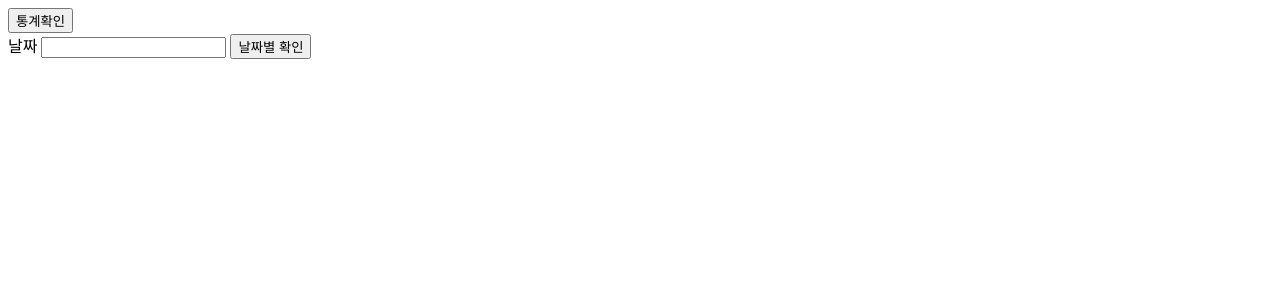
Repository: Hugh-KR/AccountBook
Page: http://localhost/Account_Book/hello.jsp
An editor plug-in stored every save of this project. The page is shown before and after the next save, followed by the edit.
The browser window is 1280 px wide. The pictures show the whole page.
The page is served by Tomcat 9. Nobody is signed in. The application's start-up code is not run.

Above is the page before, as saved 2022-12-02 07:48:08.

After the next save:
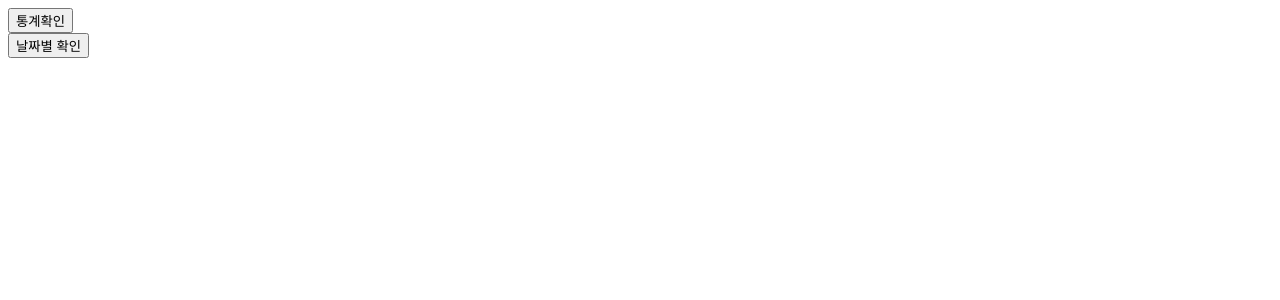
Saved 11 s later.
--- a/Account_Book/src/main/webapp/hello.jsp
+++ b/Account_Book/src/main/webapp/hello.jsp
@@ -12,7 +12,7 @@
 </form>
 
 <form action="daylist">
-날짜 <input type="text" name="paydate">
+
 <button>날짜별 확인</button>
 </form>
 </body>

After the save that followed:
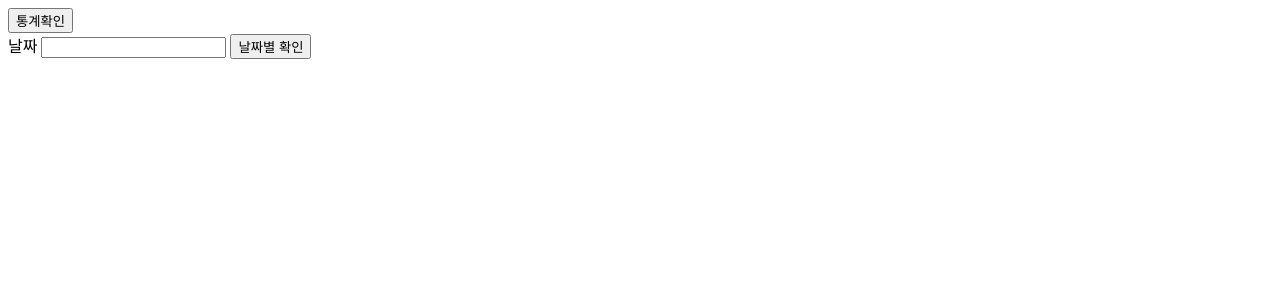
Saved 2 min 26 s later.
--- a/Account_Book/src/main/webapp/hello.jsp
+++ b/Account_Book/src/main/webapp/hello.jsp
@@ -12,7 +12,7 @@
 </form>
 
 <form action="daylist">
-
+날짜 <input name="paydate">
 <button>날짜별 확인</button>
 </form>
 </body>
